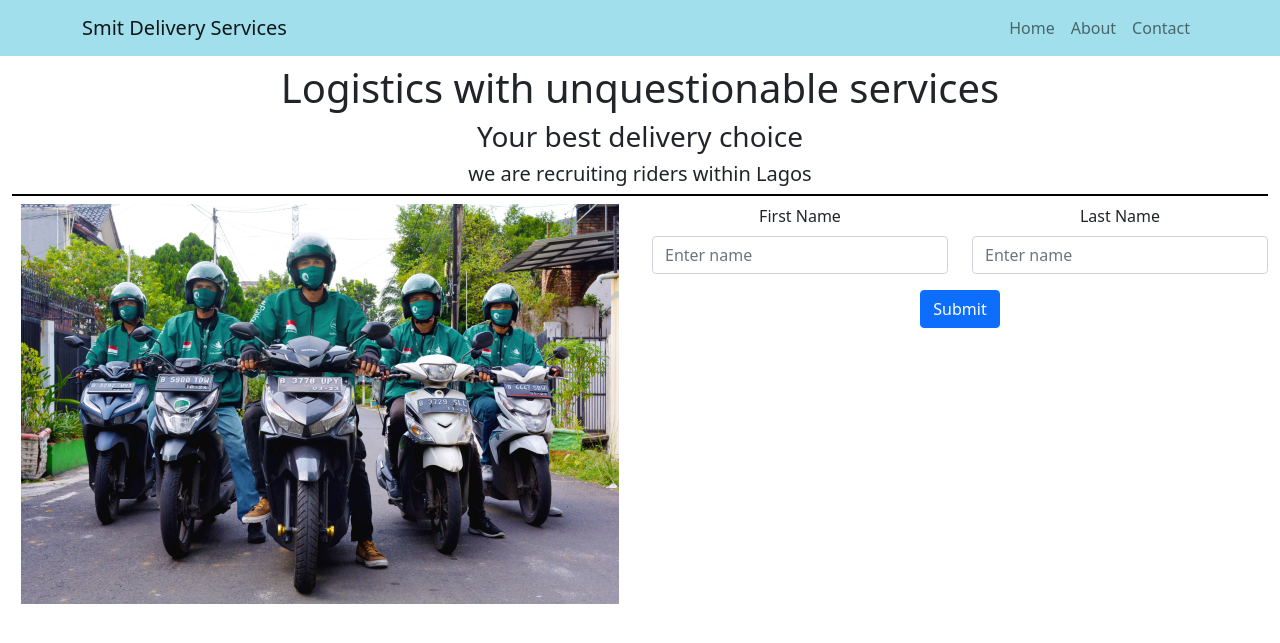
Repository: smit1298/logistic
Page: /
These files come from the project's save history. The page is drawn as it stood at one moment and after a run of saves; the edit follows.
The browser window is 1280 px wide. The pictures show the whole page.
The project was rebuilt for these pictures with package versions that can differ from the ones it lists, and the page was loaded fresh each time.

Above is the page before, as saved 2021-10-04 03:33:31.

### public/index.html
<!DOCTYPE html>
<html lang="en">
  <head>
    <meta charset="utf-8" />
    <link rel="icon" href="%PUBLIC_URL%/favicon.ico" />
    <meta name="viewport" content="width=device-width, initial-scale=1" />
    <meta name="theme-color" content="#000000" />
    <meta
      name="description"
      content="Web site created using create-react-app"
    />
    <link rel="apple-touch-icon" href="%PUBLIC_URL%/logo192.png" />

    <link rel="manifest" href="%PUBLIC_URL%/manifest.json" />

    <title>Smit Delivery Services</title>
  </head>
  <body>
    <noscript>You need to enable JavaScript to run this app.</noscript>
    <div id="root"></div>

  </body>
</html>

### src/App.js
// import './App.css';
import Navs from './components/navs/Navs';
import RecruitForm from './components/recruit/RecruitForm';

function App() {
  return (
    <div>
      <Navs />
      <RecruitForm />
    </div>
  );
}

export default App;

### src/components/Navs/Navs.jsx
import React from "react";
import "bootstrap/dist/css/bootstrap.css";
import { Navbar, Container, Nav } from "react-bootstrap";
import './Navs.css'

 const Navs = () => {
  return (
    <div>
      <Navbar id='navbar' bg="light" expand="lg">
        <Container>
          <Navbar.Brand href="#home">Smit Delivery Services</Navbar.Brand>
          <Navbar.Toggle aria-controls="basic-navbar-nav" />
          <Navbar.Collapse id="basic-navbar-nav">
            <Nav className="ms-auto">
              <Nav.Link href="#home">Home</Nav.Link>
              <Nav.Link href="#about">About </Nav.Link>
              <Nav.Link href="#contact">Contact </Nav.Link>
            </Nav>
          </Navbar.Collapse>
        </Container>
      </Navbar>
    </div>
  );
};

export default Navs;

### src/components/recruit/RecruitForm.jsx
import React from "react";
import "bootstrap/dist/css/bootstrap.css";
import { Row, Col, Form, Button } from "react-bootstrap";
import Left from "../images/background.jpg";
import "./RecruitForm.css";

const recruitForm = () => {
  return (
    <div className="container-fluid" id="recruit">
      <div className="mt-2 justify-content-md-center" id="top">
        <h1 className="text-center">Logistics with unquestionable services</h1>
        <h3 className="text-center">Your best delivery choice</h3>
        <h5 className="text-center">we are recruiting riders within Lagos</h5>
      </div>
      <Row className="mt-2">
        <Col className=" mb-2 ms-auto text-center">
          <img src={Left} alt="" />
        </Col>
        <Col className="me-auto text-center">
          <Form>
            <Row className="mb-3">
              <Form.Group as={Col} controlId="formGridName">
                <Form.Label>First Name</Form.Label>
                <Form.Control type="name" placeholder="Enter name" />
              </Form.Group>
              <Form.Group as={Col} controlId="formGridName">
                <Form.Label>Last Name</Form.Label>
                <Form.Control type="name" placeholder="Enter name" />
              </Form.Group>
            </Row>

            {/* <Form.Group className="mb-3" controlId="formGridAddress1">
              <Form.Label>Address</Form.Label>
              <Form.Control placeholder="1234 Main St" />
            </Form.Group>

            <Form.Group className="mb-3" controlId="formGridAddress2">
              <Form.Label>Address 2</Form.Label>
              <Form.Control placeholder="Apartment, studio, or floor" />
            </Form.Group>

            <Row className="mb-3">
              <Form.Group as={Col} controlId="formGridCity">
                <Form.Label>City</Form.Label>
                <Form.Control />
              </Form.Group>

              <Form.Group as={Col} controlId="formGridState">
                <Form.Label>State</Form.Label>
                <Form.Select defaultValue="Choose...">
                  <option>Choose...</option>
                  <option>...</option>
                </Form.Select>
              </Form.Group>

              <Form.Group as={Col} controlId="formGridZip">
                <Form.Label>Zip</Form.Label>
                <Form.Control />
              </Form.Group>
            </Row>

            <Form.Group className="mb-3" id="formGridCheckbox">
              <Form.Check type="checkbox" label="Check me out" />
            </Form.Group> */}

            <Button variant="primary" type="submit">
              Submit
            </Button>
          </Form>
        </Col>
      </Row>
    </div>
  );
};
export default recruitForm;

### src/components/Navs/Navs.css
#navbar{
    background-color: rgb(160, 223, 235) !important;
    font-weight: 400 !important;
}

### src/components/recruit/RecruitForm.css
body,
html {
  height: 100% !important;
}

#top {
    border-bottom: 2px solid black;
  /* background-image: url("../images/lorry.jpg"); */
  height: 100% !important;
  background-position: center;
  background-repeat: no-repeat;
  background-size: cover;
  /* border: 1px solid black; */
  /* border-radius: 10px; */
}

Loaded but not shown: src/index.js (common file); src/index.css (common file); src/reportWebVitals.js (common file)

After the next 3 saves:
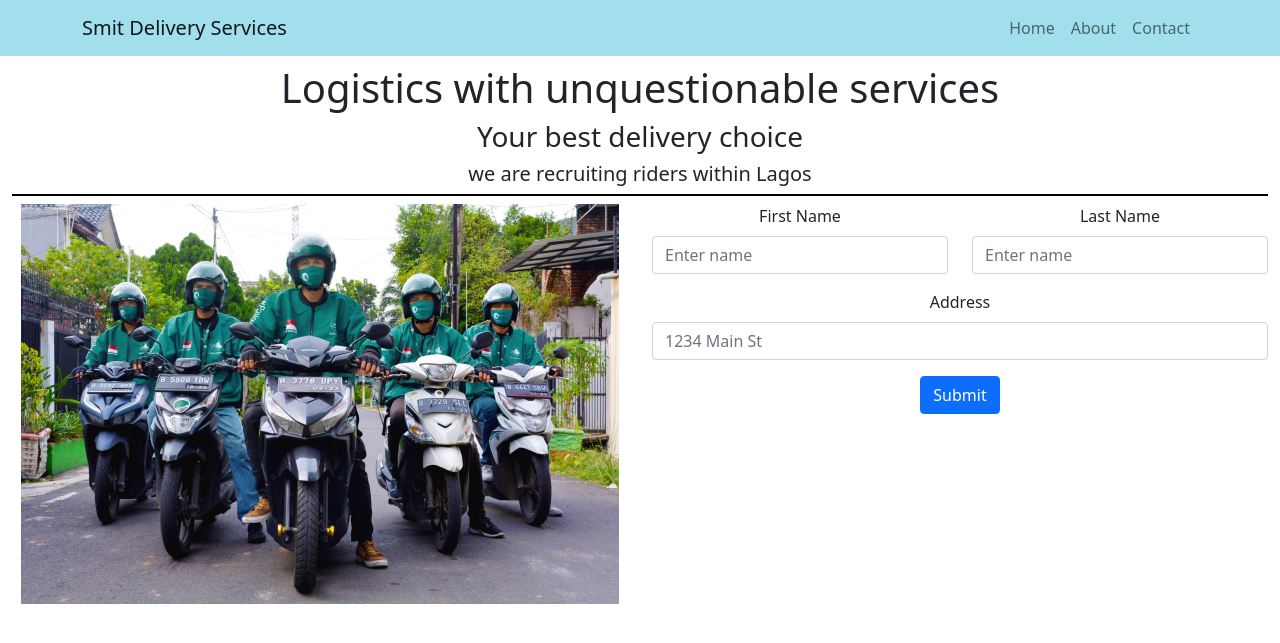
The 3 saves are shown as one change because 2 did not build or start.
The last was saved 7 min 43 s later.
--- a/src/components/recruit/RecruitForm.jsx
+++ b/src/components/recruit/RecruitForm.jsx
@@ -28,40 +28,12 @@ const recruitForm = () => {
                 <Form.Control type="name" placeholder="Enter name" />
               </Form.Group>
             </Row>
-
-            {/* <Form.Group className="mb-3" controlId="formGridAddress1">
+            <Form.Group className="mb-3" controlId="formGridAddress1">
               <Form.Label>Address</Form.Label>
               <Form.Control placeholder="1234 Main St" />
             </Form.Group>
 
-            <Form.Group className="mb-3" controlId="formGridAddress2">
-              <Form.Label>Address 2</Form.Label>
-              <Form.Control placeholder="Apartment, studio, or floor" />
-            </Form.Group>
 
-            <Row className="mb-3">
-              <Form.Group as={Col} controlId="formGridCity">
-                <Form.Label>City</Form.Label>
-                <Form.Control />
-              </Form.Group>
-
-              <Form.Group as={Col} controlId="formGridState">
-                <Form.Label>State</Form.Label>
-                <Form.Select defaultValue="Choose...">
-                  <option>Choose...</option>
-                  <option>...</option>
-                </Form.Select>
-              </Form.Group>
-
-              <Form.Group as={Col} controlId="formGridZip">
-                <Form.Label>Zip</Form.Label>
-                <Form.Control />
-              </Form.Group>
-            </Row>
-
-            <Form.Group className="mb-3" id="formGridCheckbox">
-              <Form.Check type="checkbox" label="Check me out" />
-            </Form.Group> */}
 
             <Button variant="primary" type="submit">
               Submit
